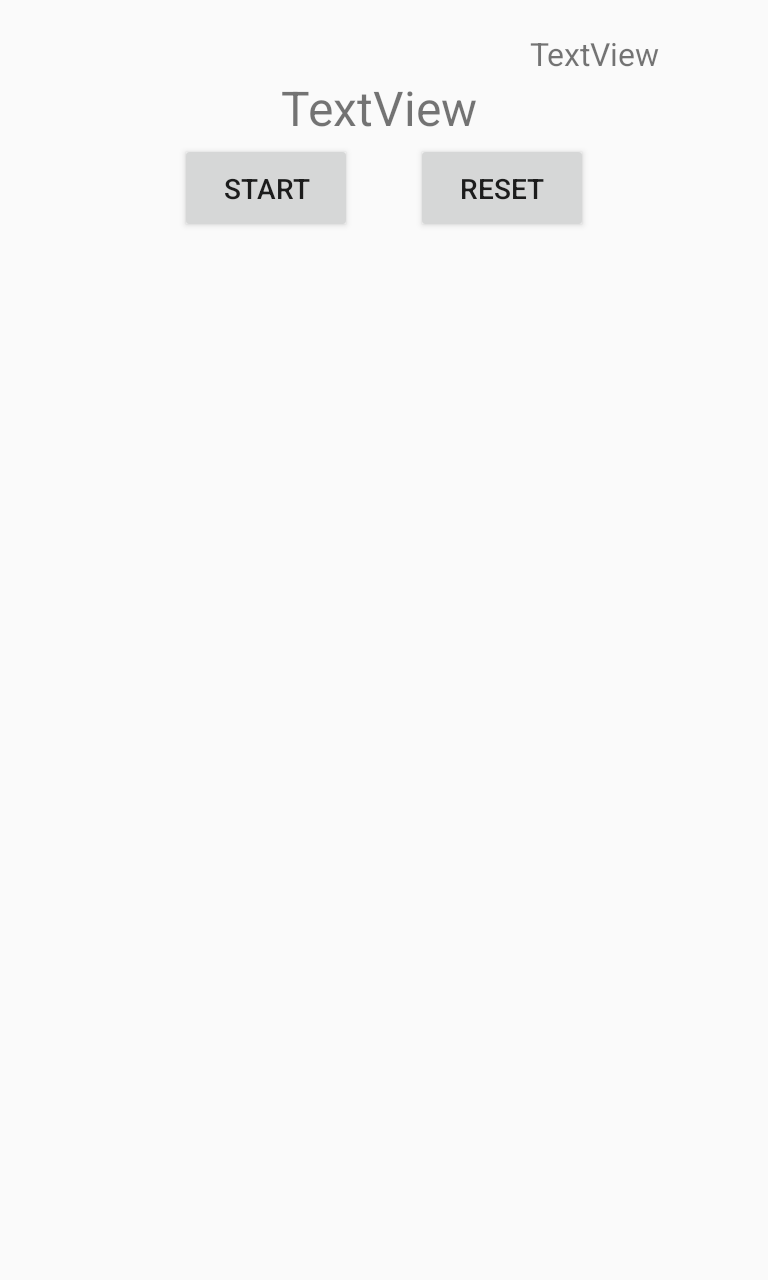
Repository: GitDidNotExitCleanly/AndroidTimer
Layout: StopWatch/res/layout/activity_main.xml
The author's editor kept a copy of each file at every save. The layout is drawn from the files as they stood at one save, then again after the next save.
It is drawn on a 768 x 1280 px phone screen (xhdpi) without system bars, with theme AppTheme; the app's code is not run. Lists and similar views that code fills are empty.

Above is the layout before, as saved 2015-03-04 21:38:50.

### StopWatch/res/layout/activity_main.xml
<TableLayout xmlns:android="http://schemas.android.com/apk/res/android"
    xmlns:tools="http://schemas.android.com/tools"
    android:id="@+id/TableLayout1"
    android:layout_width="fill_parent"
    android:layout_height="fill_parent"
    android:paddingBottom="@dimen/activity_vertical_margin"
    android:paddingLeft="@dimen/activity_horizontal_margin"
    android:paddingRight="@dimen/activity_horizontal_margin"
    android:paddingTop="@dimen/activity_vertical_margin"
    tools:context="com.app.stopwatch.MainActivity" >

    <TableRow
        android:id="@+id/tableRow1"
        android:layout_width="wrap_content"
        android:layout_height="wrap_content"
        android:gravity="right" >

        <TextView
            android:id="@+id/textView1"
            android:layout_width="wrap_content"
            android:layout_height="wrap_content"
            android:text="TextView"
            android:textSize="@dimen/abc_text_size_menu_material" />

    </TableRow>

    <TableRow
        android:id="@+id/tableRow2"
        android:layout_width="wrap_content"
        android:layout_height="wrap_content"
        android:gravity="center" >

        <TextView
            android:id="@+id/textView2"
            android:layout_width="wrap_content"
            android:layout_height="wrap_content"
            android:text="TextView"
            android:textSize="@dimen/abc_text_size_headline_material" />

    </TableRow>

    <TableRow
        android:id="@+id/tableRow3"
        android:layout_width="wrap_content"
        android:layout_height="wrap_content"
        android:gravity="center" >

        <Button
            android:id="@+id/button1"
            android:layout_width="wrap_content"
            android:layout_height="wrap_content"
            android:layout_marginRight="15dp"
            android:text="Start"
            android:textSize="@dimen/abc_text_size_button_material" />

        <Button
            android:id="@+id/button2"
            android:layout_width="wrap_content"
            android:layout_height="wrap_content"
            android:layout_marginLeft="15dp"
            android:text="Reset"
            android:textSize="@dimen/abc_text_size_button_material" />

    </TableRow>

    <TableRow
        android:id="@+id/tableRow4"
        android:layout_width="fill_parent"
        android:layout_height="wrap_content"
        android:gravity="center_vertical" >

        <ListView
            android:id="@+id/listView1"
            android:layout_width="fill_parent"
            android:layout_height="wrap_content" >
        </ListView>
    </TableRow>

</TableLayout>

Loaded but not shown: StopWatch/res/values/styles.xml (common file); StopWatch/res/values-v11/styles.xml (common file); StopWatch/res/values-v14/styles.xml (common file); StopWatch/res/values/dimens.xml (common file); StopWatch/res/values-w820dp/dimens.xml (common file)

After the next save:
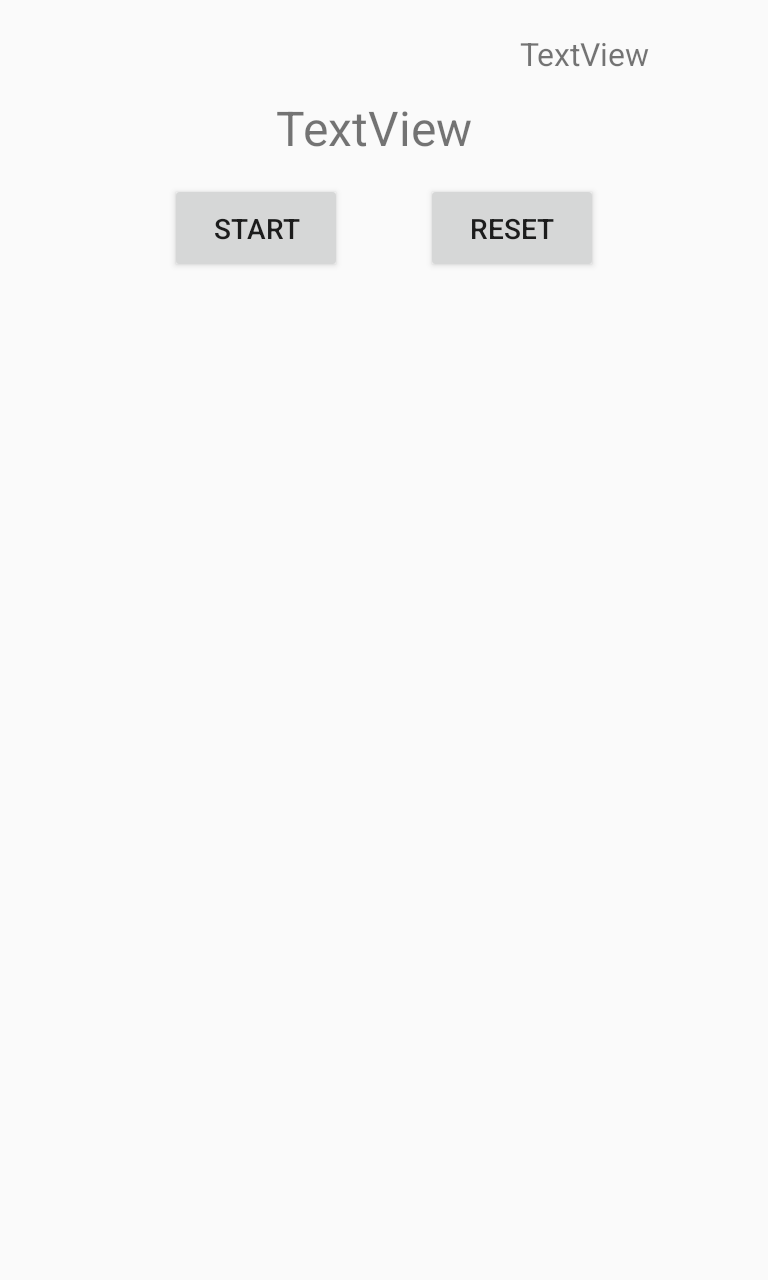
Saved 5 min 2 s later.
--- a/StopWatch/res/layout/activity_main.xml
+++ b/StopWatch/res/layout/activity_main.xml
@@ -13,6 +13,7 @@
         android:id="@+id/tableRow1"
         android:layout_width="wrap_content"
         android:layout_height="wrap_content"
+        android:layout_marginBottom="10dp"
         android:gravity="right" >
 
         <TextView
@@ -28,6 +29,7 @@
         android:id="@+id/tableRow2"
         android:layout_width="wrap_content"
         android:layout_height="wrap_content"
+        android:layout_marginBottom="10dp"
         android:gravity="center" >
 
         <TextView
@@ -43,13 +45,14 @@
         android:id="@+id/tableRow3"
         android:layout_width="wrap_content"
         android:layout_height="wrap_content"
+        android:layout_marginBottom="10dp"
         android:gravity="center" >
 
         <Button
             android:id="@+id/button1"
             android:layout_width="wrap_content"
             android:layout_height="wrap_content"
-            android:layout_marginRight="15dp"
+            android:layout_marginRight="20dp"
             android:text="Start"
             android:textSize="@dimen/abc_text_size_button_material" />
 
@@ -57,7 +60,7 @@
             android:id="@+id/button2"
             android:layout_width="wrap_content"
             android:layout_height="wrap_content"
-            android:layout_marginLeft="15dp"
+            android:layout_marginLeft="20dp"
             android:text="Reset"
             android:textSize="@dimen/abc_text_size_button_material" />
 
